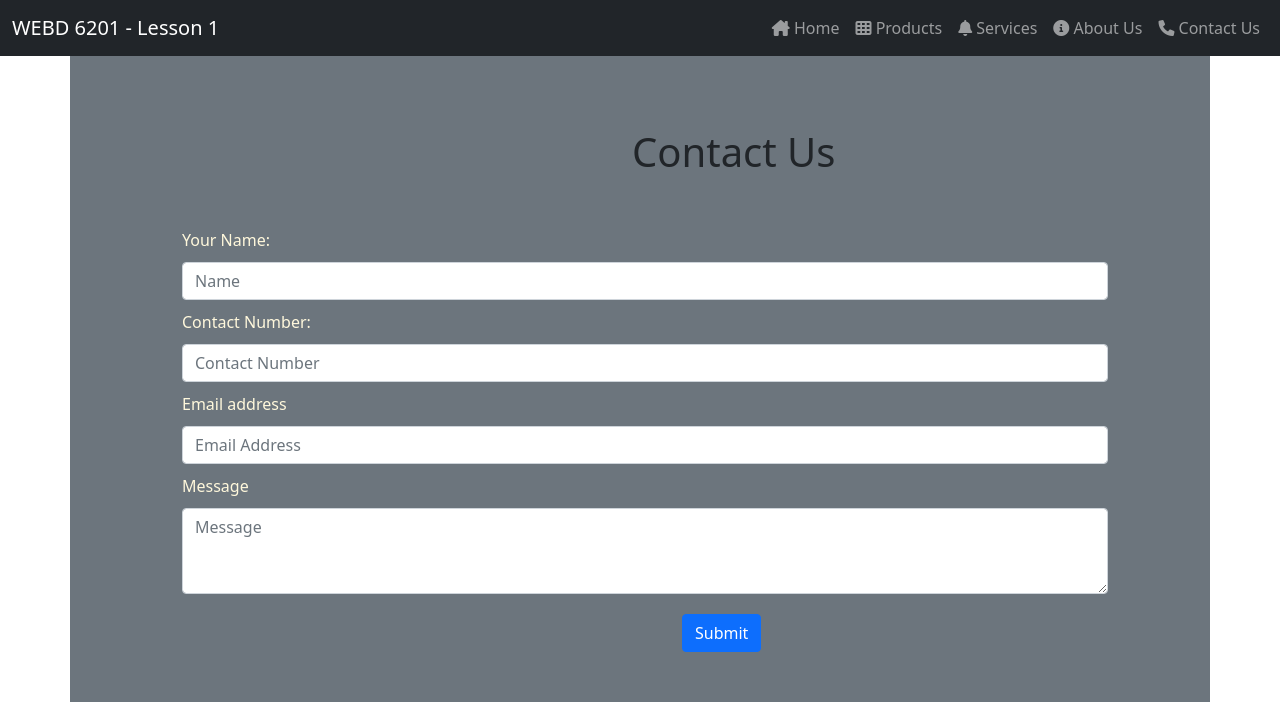
Repository: devanshudave1901/DevanshuDave_AngaranYogeswaranLab2
Page: contact.html
The author's editor kept a copy of each file at every save. The page is drawn from the files as they stood at one save, then again after the next save.
The browser window is 1280 px wide. The pictures show the whole page.

Above is the page before, as saved 2022-02-10 12:36:41.

### contact.html
<!DOCTYPE html>
<html lang="en">
  <head>
    <meta charset="UTF-8" />
    <meta http-equiv="X-UA-Compatible" content="IE=edge" />
    <meta name="viewport" content="width=device-width, initial-scale=1.0" />
    <title>Contact Us</title>
    <link
      rel="stylesheet"
      href="./node_modules/bootstrap/dist/css/bootstrap.min.css"
    />
    <link
      rel="stylesheet"
      href="./node_modules/@fortawesome/fontawesome-free/css/all.min.css"
    />
    <link rel="stylesheet" href="./Content/app.css" />
  </head>
  <body>
    <nav class="navbar navbar-expand-lg navbar-dark bg-dark">
      <div class="container-fluid">
        <a class="navbar-brand" href="#">WEBD 6201 - Lesson 1</a>
        <button
          class="navbar-toggler"
          type="button"
          data-bs-toggle="collapse"
          data-bs-target="#navbarSupportedContent"
          aria-controls="navbarSupportedContent"
          aria-expanded="false"
          aria-label="Toggle navigation"
        >
          <span class="navbar-toggler-icon"></span>
        </button>
        <div class="collapse navbar-collapse" id="navbarSupportedContent">
          <ul class="navbar-nav ms-auto">
            <li class="nav-item active">
              <a class="nav-link" aria-current="page" href="./index.html"
                ><i class="fa-solid fa-house-chimney"></i> Home</a
              >
            </li>

            <li class="nav-item">
              <a class="nav-link" href="./products.html"
                ><i class="fa-solid fa-th"></i> Products</a
              >
            </li>
            <li class="nav-item">
              <a class="nav-link" href="./services.html"
                ><i class="fa-solid fa-bell"></i> Services</a
              >
            </li>
            <li class="nav-item">
              <a class="nav-link" href="./about.html">
                <i class="fa-solid fa-circle-info"></i> About Us</a
              >
            </li>
            <li class="nav-item">
              <a class="nav-link" href="./contact.html">
                <i class="fa-solid fa-phone"></i> Contact Us</a
              >
            </li>
          </ul>
        </div>
      </div>
    </nav>
    <div class="jumbotron bg-secondary container" id="contentArea">
      <br />
      <br />
      <br />
      <h1 id="contactId">
        <i class="fa-solid fa-comment-arrow-down"></i>Contact Us
      </h1>
      <br />

      <form id="Contactform">
        <div class="form-group">
          <label for="InputName">Your Name: </label>
          <input
            type="text"
            class="form-control"
            id="InputName"
            placeholder="Name"
          />
        </div>
        <div class="form-group">
          <label for="InputNumber">Contact Number: </label>
          <input
            type="number"
            class="form-control"
            id="InputNumber"
            placeholder="Contact Number"
          />
        </div>
        <div class="form-group">
          <label for="InputEmail1"> Email address</label>
          <input
            type="email"
            class="form-control"
            id="exampleInputEmail1"
            placeholder="Email Address"
          />
        </div>

        <div class="form-group">
          <label for="InputMessage">Message</label>
          <textarea
            class="form-control"
            id="InputMessage"
            placeholder="Message"
            rows="3"
          ></textarea>
        </div>

        <button type="submit" class="btn btn-primary">Submit</button>
      </form>
    </div>
    <!-- 3RD Party Library-->
    <script src="./node_modules/jquery/dist/jquery.min.js"></script>
    <script src="./node_modules/bootstrap/dist/js/bootstrap.min.js"></script>
  </body>
</html>

### Content/app.css
#Contactform {
  padding: 10px 90px 50px 100px;
}
#Contactform label {
  color: cornsilk;
  padding-bottom: 10px;
  padding-top: 10px;
}

#Contactform button {
  margin-top: 20px;
  margin-left: 500px;
}
.formInputBox {
  padding-left: 60px;
  margin: 8px 0;
  border: dashed;
  box-sizing: border-box;
}

#contactId {
  padding-left: 550px;
}

Loaded but not shown: node_modules/bootstrap/dist/css/bootstrap.min.css (library); node_modules/@fortawesome/fontawesome-free/css/all.min.css (library); node_modules/jquery/dist/jquery.min.js (library); node_modules/bootstrap/dist/js/bootstrap.min.js (library)

After the next save:
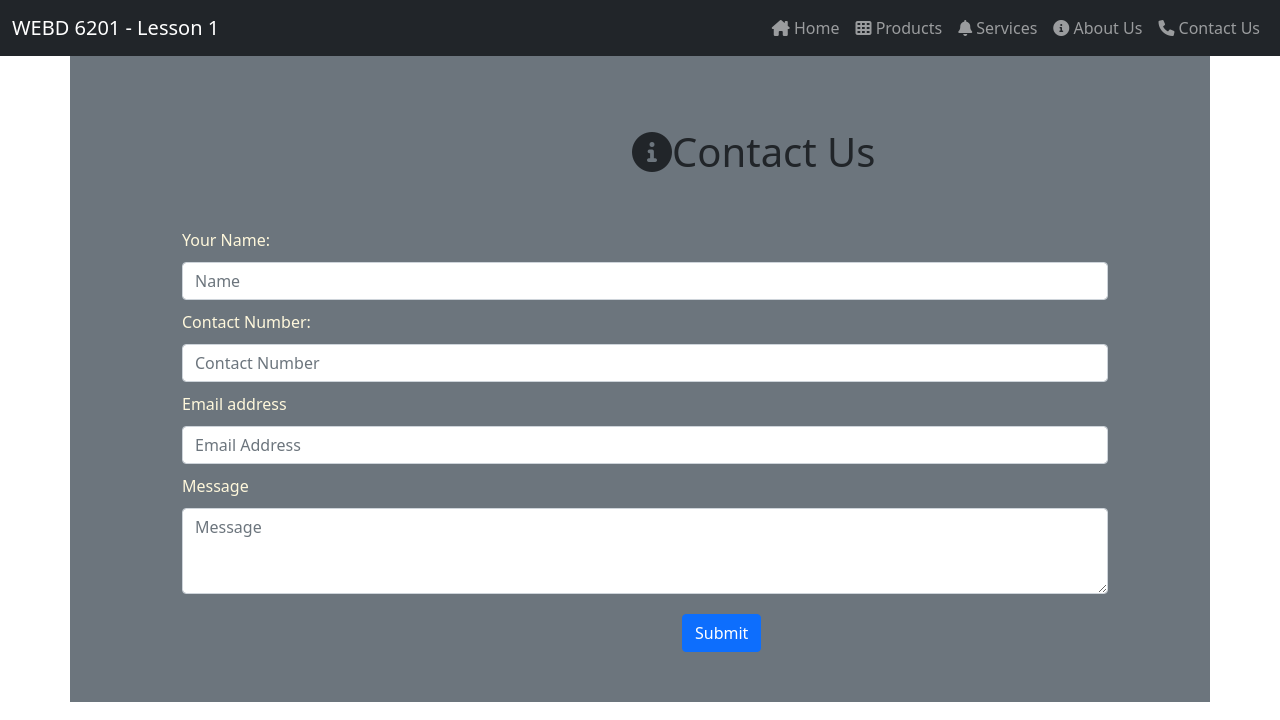
Saved 43 s later.
--- a/contact.html
+++ b/contact.html
@@ -66,9 +66,7 @@
       <br />
       <br />
       <br />
-      <h1 id="contactId">
-        <i class="fa-solid fa-comment-arrow-down"></i>Contact Us
-      </h1>
+      <h1 id="contactId"><i class="fa-solid fa-circle-info"></i>Contact Us</h1>
       <br />
 
       <form id="Contactform">

After the save that followed:
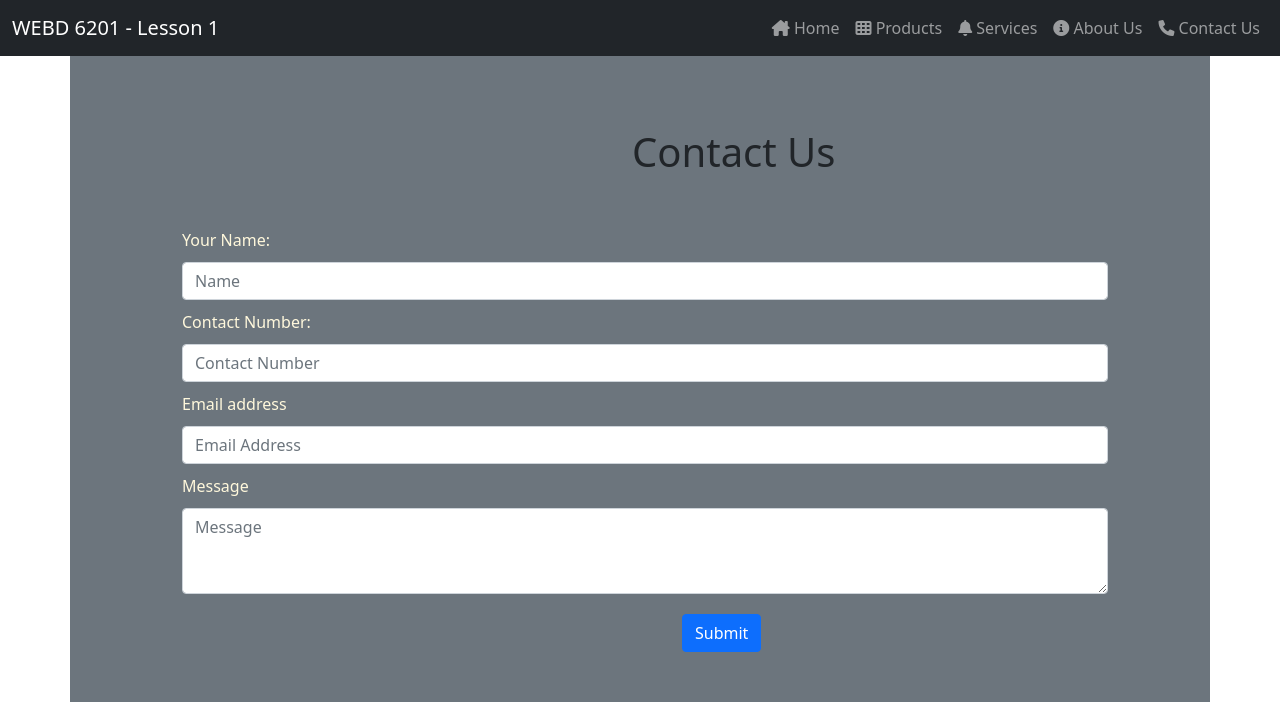
Saved 7 s later.
--- a/contact.html
+++ b/contact.html
@@ -66,7 +66,9 @@
       <br />
       <br />
       <br />
-      <h1 id="contactId"><i class="fa-solid fa-circle-info"></i>Contact Us</h1>
+      <h1 id="contactId">
+        <i class="fa-solid fa-comment-arrow-down"></i>Contact Us
+      </h1>
       <br />
 
       <form id="Contactform">
